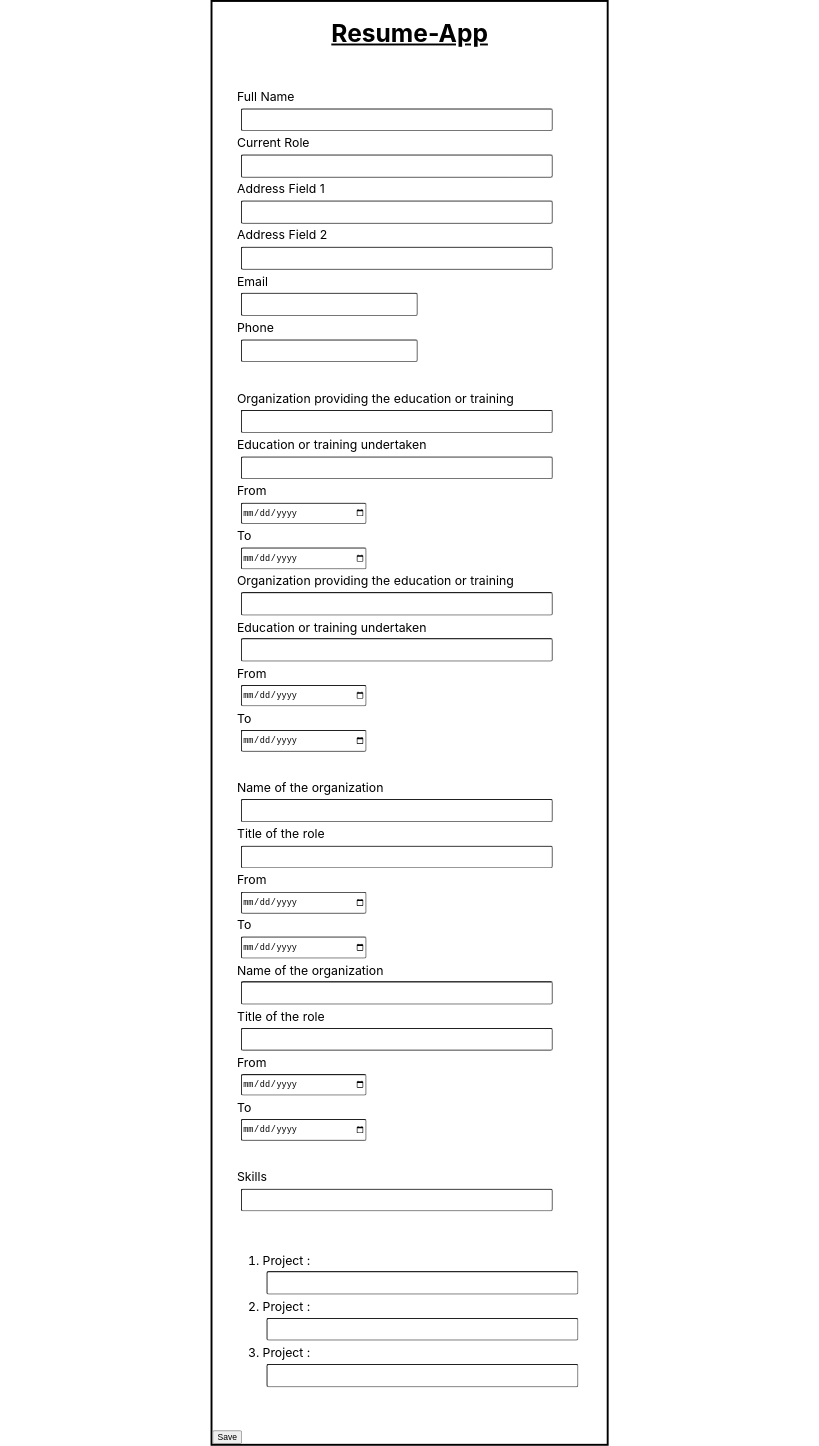
Repository: 0101chaitanya/resume-app
Page: /
The author's editor kept a copy of each file at every save. The page is drawn from the files as they stood at one save, then again after the next save.
The browser window is 1280 px wide. The pictures show the whole page, at 64% of full size.
The project was rebuilt for these pictures with package versions that can differ from the ones it lists, and the page was loaded fresh each time.

Above is the page before, as saved 2021-07-28 15:48:48.

### src/App.js
import React, { useState, useEffect } from "react";
import logo from "./logo.svg";
import "./App.css";

function App() {
  const [state, setState] = useState({
    fullName: "",
    currentRole: "",
    address1: "",
    address2: "",

    schoolName1: "",
    titleOfStudy1: "",
    from1: "",
    to1: "",

    schoolName2: "",
    titleOfStudy2: "",
    from2: "",
    to2: "",

    organizationName1: "",
    titleOfRole1: "",
    workedFrom1: "",
    workedTill1: "",

    organizationName2: "",
    titleOfRole2: "",
    workedFrom2: "",
    workedTill2: "",

    skills: "",

    project1: "",
    project2: "",
    project3: "",
  });
  useEffect(() => {
    console.log(state);
  });
  const onChange = (e) => {
    const { name, value } = e.target;
    setState({
      ...state,
      [name]: value,
    });
  };
  const handleSubmit = (e) => {
    localStorage.setItem("savedData", JSON.stringify(state));
    setState({
      fullName: "",
      currentRole: "",
      address1: "",
      address2: "",

      schoolName1: "",
      titleOfStudy1: "",
      from1: "",
      to1: "",

      schoolName2: "",
      titleOfStudy2: "",
      from2: "",
      to2: "",

      organizationName1: "",
      titleOfRole1: "",
      workedFrom1: "",
      workedTill1: "",

      organizationName2: "",
      titleOfRole2: "",
      workedFrom2: "",
      workedTill2: "",

      skills: "",

      project1: "",
      project2: "",
      project3: "",
    });
    e.target.submit();
  };

  return (
    <div className="app">
      <header className="App-header">
        <h1>Resume-App</h1>
      </header>
      <form
        onSubmit={(e) => {
          e.preventDefault();
          handleSubmit(e);
        }}
      >
        <div className="section section1">
          <label htmlFor="fullName">
            Full Name
            <input
              required
              id="fullName"
              name="fullName"
              onChange={onChange}
              value={state.fullName}
              type="text"
            />
          </label>
          <label htmlFor="currentRole">
            Current Role
            <input
              required
              id="currentRole"
              name="currentRole"
              onChange={onChange}
              value={state.currentRole}
              type="text"
            />
          </label>
          <label htmlFor="address1">
            Address Field 1
            <input
              required
              id="address1"
              name="address1"
              onChange={onChange}
              value={state.address1}
              type="text"
            />
          </label>
          <label htmlFor="address2">
            Address Field 2
            <input
              required
              id="address2"
              name="address2"
              onChange={onChange}
              value={state.address2}
              type="text"
            />
          </label>
          <label htmlFor="email">
            Email
            <input
              required
              id="email"
              name="email"
              onChange={onChange}
              value={state.email}
              type="email"
            />
          </label>
          <label htmlFor="phone">
            Phone
            <input
              required
              id="phone"
              name="phone"
              onChange={onChange}
              value={state.phone}
              type="tel"
            />
          </label>
        </div>
        <div className="section section2">
          <div className="edu1">
            <label htmlFor="schoolName1">
              Organization providing the education or training
              <input
                required
                id="schoolName1"
                name="schoolName1"
                onChange={onChange}
                value={state.schoolName1}
                type="text"
              />
            </label>
            <label htmlFor="titleOfStudy1">
              Education or training undertaken
              <input
                required
                id="titleOfStudy1"
                name="titleOfStudy1"
                onChange={onChange}
                value={state.titleOfStudy1}
                type="text"
              />
            </label>
            <label htmlFor="from1">
              From
              <input
                required
                id="from1"
                name="from1"
                onChange={onChange}
                value={state.from1}
                type="date"
              />
            </label>
            <label htmlFor="to1">
              To
              <input
                required
                id="to1"
                name="to1"
                onChange={onChange}
                value={state.to1}
                type="date"
              />
            </label>
          </div>
          <div className="edu2">
            <label htmlFor="schoolName2">
              Organization providing the education or training
              <input
                required
                id="schoolName2"
                name="schoolName2"
                onChange={onChange}
                value={state.schoolName2}
                type="text"
              />
            </label>
            <label htmlFor="titleOfStudy2">
              Education or training undertaken
              <input
                required
                id="titleOfStudy2"
                name="titleOfStudy2"
                onChange={onChange}
                value={state.titleOfStudy2}
                type="text"
              />
            </label>
            <label htmlFor="from2">
              From
              <input
                required
                id="from2"
                name="from2"
                onChange={onChange}
                value={state.from2}
                type="date"
              />
            </label>
            <label htmlFor="to2">
              To
              <input
                required
                id="to2"
                name="to2"
                onChange={onChange}
                value={state.to2}
                type="date"
              />
            </label>
          </div>
        </div>
        <div className="section section3">
          <div className="job1">
            <label htmlFor="organizationName1">
              Name of the organization
              <input
                required
                id="organizationName1"
                name="organizationName1"
                onChange={onChange}
                value={state.organizationName1}
                type="text"
              />
            </label>
            <label htmlFor="titleOfRole1">
              Title of the role
              <input
                required
                id="titleOfRole1"
                name="titleOfRole1"
                onChange={onChange}
                value={state.titleOfRole1}
                type="text"
              />
            </label>
            <label htmlFor="workedFrom1">
              From
              <input
                required
                id="workedFrom1"
                name="workedFrom1"
                onChange={onChange}
                value={state.workedFrom1}
                type="date"
              />
            </label>
            <label htmlFor="workedTill1">
              To
              <input
                required
                id="workedTill1"
                name="workedTill1"
                onChange={onChange}
                value={state.workedTill1}
                type="date"
              />
            </label>
          </div>
          <div className="job2">
            <label htmlFor="organizationName2">
              Name of the organization
              <input
                id="organizationName2"
                name="organizationName2"
                onChange={onChange}
                value={state.organizationName2}
                type="text"
              />
            </label>
            <label htmlFor="titleOfRole2">
              Title of the role
              <input
                id="titleOfRole2"
                name="titleOfRole2"
                onChange={onChange}
                value={state.titleOfRole2}
                type="text"
              />
            </label>
            <label htmlFor="workedFrom2">
              From
              <input
                id="workedFrom2"
                name="workedFrom2"
                onChange={onChange}
                value={state.workedFrom2}
                type="date"
              />
            </label>
            <label htmlFor="workedTill2">
              To
              <input
                id="workedTill2"
                name="workedTill2"
                onChange={onChange}
                value={state.workedTill2}
                type="date"
              />
            </label>
          </div>
        </div>
        <div className="section section4">
          <label htmlFor="skills">
            Skills
            <input
              required
              id="skills"
              name="skills"
              onChange={onChange}
              value={state.skills}
              type="text"
            />
          </label>
        </div>
        <div className="section section5">
          <ol>
            <li>
              <label htmlFor="project1">
                Project :{" "}
                <input
                  required
                  id="project1"
                  name="project1"
                  onChange={onChange}
                  value={state.project1}
                  type="text"
                />
              </label>
            </li>
            <li>
              <label htmlFor="project2">
                Project :{" "}
                <input
                  required
                  id="project2"
                  name="project2"
                  onChange={onChange}
                  value={state.project2}
                  type="text"
                />
              </label>
            </li>
            <li>
              <label htmlFor="project3">
                Project :{" "}
                <input
                  id="project3"
                  name="project3"
                  onChange={onChange}
                  value={state.project3}
                  type="text"
                />
              </label>
            </li>
          </ol>
        </div>
        <button type="submit">Save</button>
      </form>
    </div>
  );
}

export default App;

### src/App.css
html {
  font-size: 1.2rem;
}
input {
  border-radius: 0.2rem;
  height: 1.6rem;
}
.app {
  margin: auto;
  display: flex;
  flex-direction: column;
  align-items: center;
  border: 0.2rem solid;
  width: fit-content;
  height: fit-content;
}

h1 {
  text-align: center;
  text-decoration: underline;
}
label {
  display: flex;
  flex-direction: column;
}
input[type="text"] {
  width: 25rem;
  margin: 0.3rem;
}
input[type="email"],
input[type="tel"] {
  width: 14rem;

  margin: 0.3rem;
}

input[type="date"] {
  width: 10rem;

  margin: 0.3rem;
}
.section {
  margin: 2rem;
  display: flex;
  flex-direction: column;
  justify-content: center;
}

Loaded but not shown: public/index.html (common file); src/index.js (common file); src/index.css (common file); src/reportWebVitals.js (common file)

After the next save:
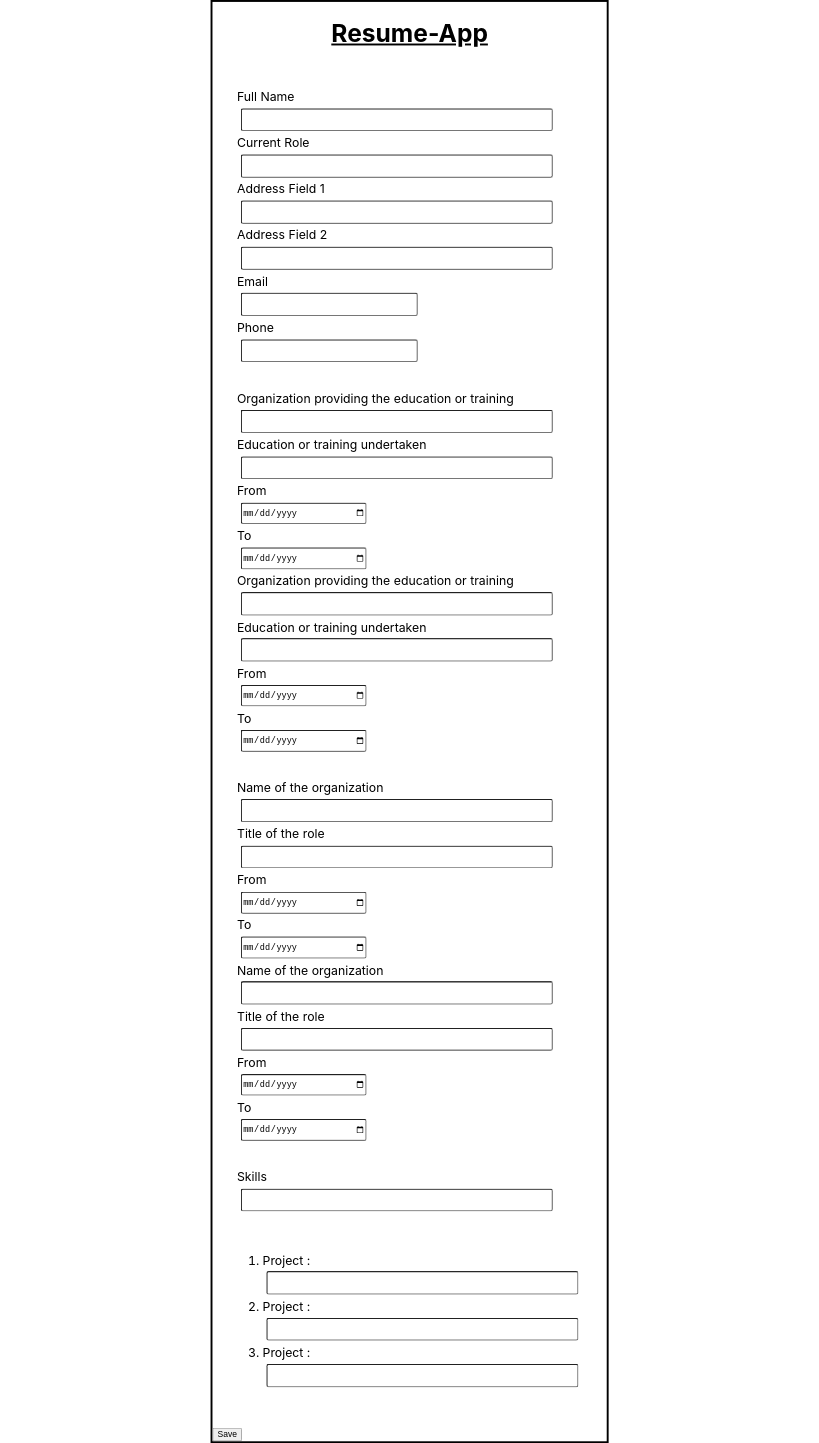
Saved 12 s later.
--- a/src/App.css
+++ b/src/App.css
@@ -45,3 +45,6 @@ input[type="date"] {
   flex-direction: column;
   justify-content: center;
 }
+button {
+  display: block;
+}

After the save that followed:
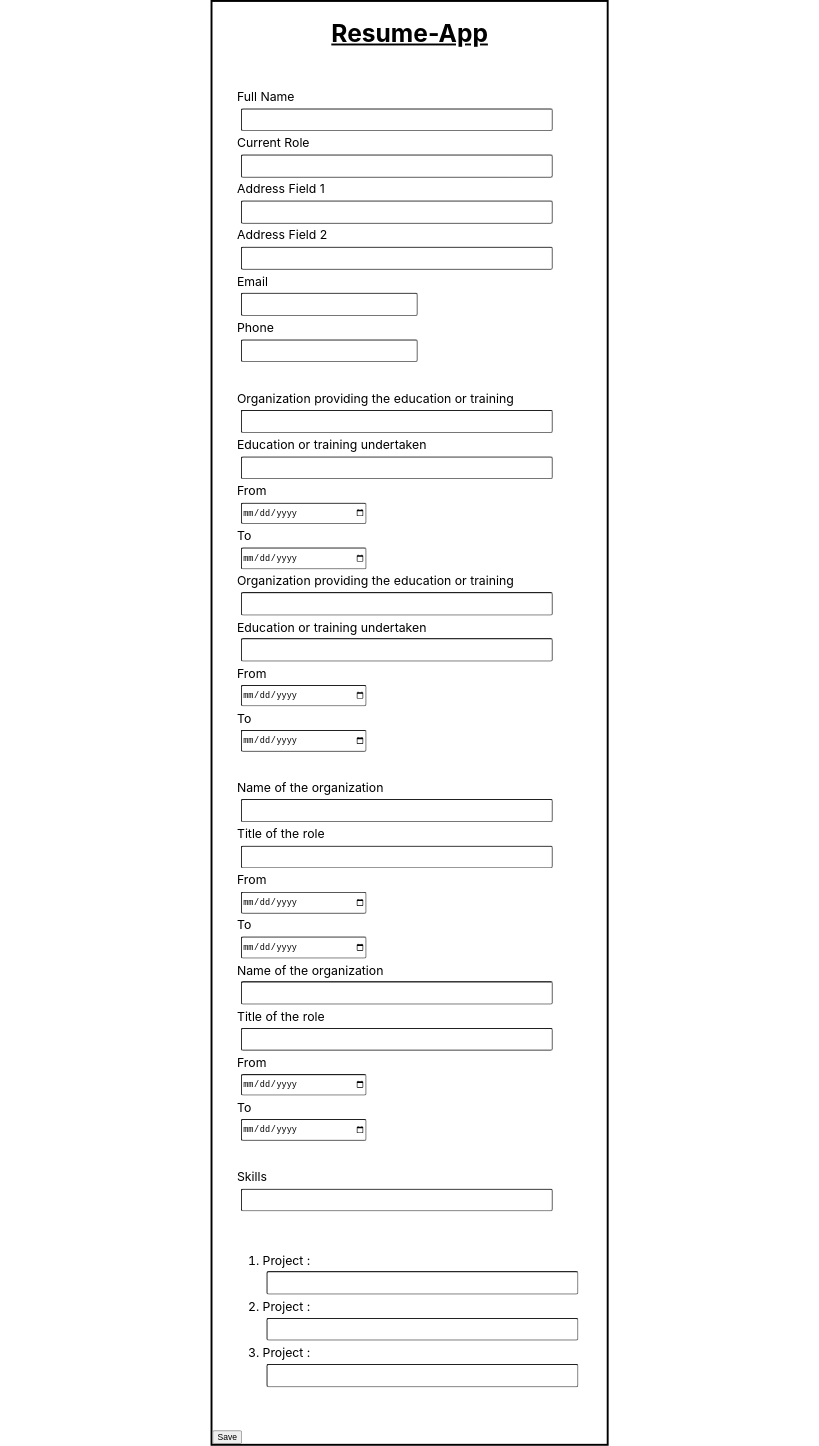
Saved 20 s later.
--- a/src/App.css
+++ b/src/App.css
@@ -46,5 +46,5 @@ input[type="date"] {
   justify-content: center;
 }
 button {
-  display: block;
+  align-self: center;
 }
